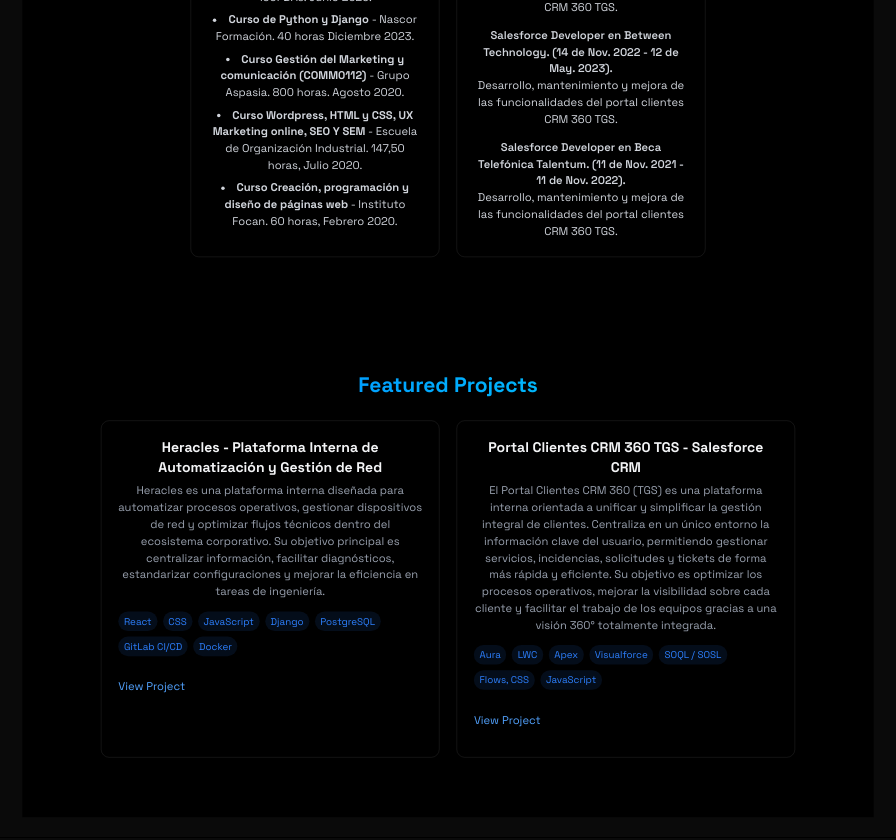
Repository: Bea0224/beatriz-portfolio
Page: /
An editor plug-in stored every save of this project. The page is shown before and after a run of saves, followed by the edit.
The browser window is 1280 px wide. The pictures show the part of the page from y = 1708 to 3628 px (the page is 2908 px tall before and 3628 px after), at 70% of full size.
The project was rebuilt for these pictures with package versions that can differ from the ones it lists, and the page was loaded fresh each time. Also part of the build but not shown: vite.config.js.

Above is the page before, as saved 2025-12-08 19:13:31.

### index.html
<!doctype html>
<html lang="en">
  <head>
    <meta charset="UTF-8" />
    <link rel="icon" type="image/svg+xml" href="/vite.svg" />
    <link rel="preconnect" href="https://fonts.googleapis.com">
    <link rel="preconnect" href="https://fonts.gstatic.com" crossorigin>
    <link
      href="https://fonts.googleapis.com/css2?family=Space+Grotesk:wght@300..700&display=swap"
      rel="stylesheet"
    />
    <meta name="viewport" content="width=device-width, initial-scale=1.0" />
    <title>Vite + React</title>
  </head>
  <body>
    <div id="root"></div>
    <script type="module" src="/src/main.jsx"></script>
  </body>
</html>

### src/index.css
@import "tailwindcss";

html,
body {
  margin: 0;
  padding: 0;
  font-family: "Space Grotesk", sans-serif;
  background: #0a0a0a;
  color: #f3f4f6;
}

@layer utilities {
  @keyframes blink {
    0%,
    100% {
      opacity: 1;
    }
    50% {
      opacity: 0;
    }
  }

  .animate-blink {
    animation: blink 0.8s step-end infinite;
  }

  @keyframes loading {
    0% {
      transform: translateX(-100%);
    }
    100% {
      transform: translateX(250%);
    }
  }

  .animate-loading-bar {
    animation: loading 0.8s ease infinite;
  }
}

.reveal {
  opacity: 0;
  transform: translateY(20px);
  transition: opacity 0.7s ease, transform 0.7s ease;
}

.reveal.visible {
  opacity: 1;
  transform: translateY(0);
}

### src/App.jsx
import { useState } from 'react';
import './App.css'
import {LoadingScreen} from "./components/LoadingScreem";
import { Navbar } from './components/Navbar';
import { MobileMenu } from './components/MobileMenu';
import { Home } from './components/sections/Home';
import { About } from './components/sections/About';
import { Projects } from './components/sections/Projects';
// import { Contact } from './components/sections/Contact';

import "./index.css"

function App() {
  const [isLoaded, setIsLoaded] = useState(false)
  const [menuOpen, setMenuOpen] = useState(false)

  return (
    <>
      {!isLoaded && <LoadingScreen onComplete={()=>setIsLoaded(true)} />}{" "}
        <div className={`min-h-screen transition-opacity duration-700 ${
          isLoaded ? "opacity-100" : "opacity-0"
        } bg-black text-gray-100`}
        >
          <Navbar menuOpen={menuOpen} setMenuOpen={setMenuOpen} />
          <MobileMenu menuOpen={menuOpen} setMenuOpen={setMenuOpen} />
          <Home />
          <About />
          <Projects />
          {/*
          <Contact /> */}
        </div>
    </>
  )
}

export default App

### src/components/LoadingScreem.jsx
import { useEffect, useState } from "react";

export const LoadingScreen = ({ onComplete }) => {
  const [text, setText] = useState("");
  const fullText = "<Hello Wolrd! />";

  useEffect(() => {
    let index = 0;
    const interval = setInterval(() => {
      setText(fullText.substring(0, index));
      index++;

      if (index > fullText.length) {
        clearInterval(interval);

        setTimeout(() => {
          onComplete();
        }, 1000);
      }
    }, 100);

    return () => clearInterval(interval);
  }, [onComplete]);

  return (
    <div className="fixed inset-0 z-50 bg-black text-gray-100 flex flex-col items-center justify-center">
      <div className="mb-4 text-4xl font-mono font-bold">
        {text} <span className="animate-blink ml-1"> | </span>
      </div>

      <div className="w-[200px] h-[2px] bg-gray-800 rounded relative overflow-hidden">
        <div className="w-[40%] h-full bg-blue-500 shadow-[0_0_15px_#3b82f6] animate-loading-bar"></div>
      </div>
    </div>
  );
};

### src/components/Navbar.jsx
import { useEffect } from "react"

export const Navbar = ({menuOpen, setMenuOpen}) => {

    useEffect(() => {
        document.body.style.overflow = menuOpen ? "hidden" : "";
    }, [menuOpen])

    return (
    <nav className="fixed top-0 w-full z-40 bg-[rgba(10, 10, 10, 0.8)] backdrop-blur-lg border-b border-white/10 shadow-lg">
        <div className="max-w-5xl mx-auto px-4">
            <div className="flex justify-between items-center h-16">
                <a href="#home" className="font-mono text-xl font-bold text-white">
                    {" "}
                    Beatriz<span className="text-blue-500">.Mujica</span>{" "}
                </a>
                <div className="w-7 h-5 relative cursor-pointer z-40 md:hidden" onClick={()=> setMenuOpen((prev => !prev))}>
                    &#9776;
                </div>
                <div className="hidden md:flex items-center space-x-8">
                    <a
                        href="#home"
                        className="text-gray-300 hove:text-white transition-colors"
                    >
                        {" "}
                        Home{" "}
                    </a>
                    <a
                        href="#about"
                        className="text-gray-300 hove:text-white transition-colors"
                    >
                        {" "}
                        About{" "}
                    </a>
                    <a
                        href="#projects"
                        className="text-gray-300 hove:text-white transition-colors"
                    >
                        {" "}
                        Projects{" "}
                    </a>
                    <a
                        href="contact"
                        className="text-gray-300 hove:text-white transition-colors"
                    >
                        {" "}
                        Contact{" "}
                    </a>
                </div>
            </div>
        </div>
    </nav>
    )
}

### src/components/MobileMenu.jsx
export const MobileMenu = ({menuOpen, setMenuOpen}) => {


    return (
        <div className={`fixed top-0 left-0 w-full bg-[rgba(10,10,10,0.8)] z-40 flex flex-col items-center justify-center
                         transition-all duration-300 ease-in-out
                         ${menuOpen
                            ? "h-screen opacity-100 pointer-events-auto"
                            : "h-0 opacity-0 pointer-events-none"
                         }
                        `}
        >
            <button
                onClick={() => setMenuOpen(false)}
                className="absolute top-6 right-6 text-white text-3xl focus:outline-none cursor-pointer"
                aria-label="Close Menu"
                >
                &times;
            </button>

            <a
                href="#home"
                onClick={() => setMenuOpen(false)}
                className={`text-2xl font-semibold text-white my-4 tranform transition-transform duration-300
                            ${
                                menuOpen
                                    ? "opacity-100 translate-y-0"
                                    : "opacity-0 translate-y-5"
                            }
                    `}
            >
                Home
            </a>
            <a
                href="#about"
                onClick={() => setMenuOpen(false)}
                className={`text-2xl font-semibold text-white my-4 tranform transition-transform duration-300
                            ${
                                menuOpen
                                    ? "opacity-100 translate-y-0"
                                    : "opacity-0 translate-y-5"
                            }
                    `}
            >
                About
            </a>
            <a
                href="#projects"
                onClick={() => setMenuOpen(false)}
                className={`text-2xl font-semibold text-white my-4 tranform transition-transform duration-300
                            ${
                                menuOpen
                                    ? "opacity-100 translate-y-0"
                                    : "opacity-0 translate-y-5"
                            }
                    `}
            >
                Projects
            </a>
            <a
                href="contact"
                onClick={() => setMenuOpen(false)}
                className={`text-2xl font-semibold text-white my-4 tranform transition-transform duration-300
                            ${
                                menuOpen
                                    ? "opacity-100 translate-y-0"
                                    : "opacity-0 translate-y-5"
                            }
                    `}
            >
                Contact
            </a>
        </div>
    );
}

### src/components/sections/Home.jsx
import { RevealOnScroll } from "./RevealOnScroll"

export const Home = () => {
    return (
        <section
            id="home"
            className="min-h-screen flex items-center justify-center relative">
                <RevealOnScroll>
                    <div className="text-center z-10 px-4">
                        <h1 className="text-5xl md:text-7xl font-bold mb-6 bg-gradient-to-r from-blue-500 to-cyan-400 bg-clip-text text-transparent leading-right">
                            Hola, me llamo Beatriz
                        </h1>
                        <p className="text-gray-400 text-lg mb-8 w-3/4 mx-auto">
                            ¡Hola! Soy desarrolladora web Frontend, y me especializo en crear aplicaciones limpias y escalables con JavaScript, React, HTML y CSS. Mi pasión es que no solo rindan de maravilla, sino que también ofrezcan una experiencia de usuario (UX) realmente cautivadora.
                            Mi formación en Ingeniería de Diseño Industrial me aporta una visión muy particular: me encanta fusionar la estética y la funcionalidad en cada proyecto.
                            He tenido la oportunidad de trabajar en proyectos importantes para Telefónica (incluyendo desarrollos en la plataforma Salesforce), y además, cuento con buenos conocimientos en backend con Python (Django) y familiaridad con herramientas como Docker.
                        </p>
                        <div className="flex justify-center space-x-4">
                            <a href="#projects" className="bg-blue-500 text-white py-3 px-6 rounded font-medium transition relative overflow-hidden hover:-translate-y-0.5 hover:shadow-[0_0_15px_rgba(59, 130, 246, 0.4)]">
                                Ver proyectos
                            </a>
                            <a href="#contact" className="border border-blue-500/50 text-blue-500 py-3 px-6 rounded font-medium transition-all duration-200 hover:shadow-[0_0_15px_rgba(59, 130, 246, 0.2)] hover:bg-blue-500/10">
                                Contáctame
                            </a>
                        </div>
                    </div>
                </RevealOnScroll>
        </section>
    )
}

### src/components/sections/Projects.jsx
import { RevealOnScroll } from "./RevealOnScroll"

export const Projects = () => {
    return(
        <section
            id="projects"
            className="min-h-screen flex items-center justify-center py-20"
        >
            <RevealOnScroll>
                <div className="max-w-5xl mx-auto px-4">
                    <h2 className="text-3xl font-bold mb-8 bg-gradient-to-r from-blue-500 to-cyan-400 bg-clip-text text-transparent text-center">
                        {" "}
                        Featured Projects
                    </h2>
                    <div className="grid grid-cols-1 md:grid-cols-2 gap-6">
                        <div className="p-6 rounded-xl border border-white/10 hover:-translate-y-l hover:border-blue-500/30 hover:shadow-[0_2px_8px_rgba(59,130,246,0.1)] transition-all">
                            <h3 className="text-xl font-bold mb-2"> Heracles - Plataforma Interna de Automatización y Gestión de Red</h3>
                            <p className="text-gray-400 mb-4">
                                Heracles es una plataforma interna diseñada para automatizar procesos operativos,
                                gestionar dispositivos de red y optimizar flujos técnicos dentro del ecosistema corporativo.
                                Su objetivo principal es centralizar información, facilitar diagnósticos, estandarizar configuraciones y
                                mejorar la eficiencia en tareas de ingeniería.

                                {/* <ul className="list-disc list-inside text-gray-300 space-y-2">
                                    En este proyecto trabajé con un ecosistema técnico moderno:
                                    <li>
                                        <strong>Frontend:</strong> React, HTML, CSS, JavaScript
                                    </li>
                                    <li>
                                        <strong>Backend:</strong> Django (Python)
                                    </li>
                                    <li>
                                        <strong>Base de datos:</strong> PostgreSQL
                                    </li>
                                    <li>
                                        <strong>Integración y despliegue:</strong> GitLab CI/CD y Docker
                                    </li>
                                    <li>
                                        <strong>Otros elementos del entorno:</strong> Integraciones internas propias de la compañía y herramientas de automatización.
                                    </li>

                                </ul> */}
                            </p>
                            <div className="flex flex-wrap gap-2 mb-4">
                                {["React", "CSS", "JavaScript", "Django", "PostgreSQL", "GitLab CI/CD", "Docker"].map((tech, key)=>(
                                    <span
                                        key={key}
                                        className="bg-blue-500/10 text-blue-500 py-1 px-2 rounded-full text-sm hover:bg-blue-500/20
                                        hover:shadow-[0_2px_8px_rgba(59,130,2246,0.2)] transition">
                                        {tech}
                                    </span>
                                ))}
                            </div>
                            <div className="flex justify-between items-center">
                                <a href="#" className="text-blue-400 hover:text-blue-300 transition-colors my-4">
                                    View Project {" "}
                                </a>
                            </div>
                        </div>
                        <div className="p-6 rounded-xl border border-white/10 hover:-translate-y-l hover:border-blue-500/30 hover:shadow-[0_2px_8px_rgba(59,130,246,0.1)] transition-all">
                            <h3 className="text-xl font-bold mb-2"> Portal Clientes CRM 360 TGS - Salesforce CRM</h3>
                            <p className="text-gray-400 mb-4">
                                El Portal Clientes CRM 360 (TGS) es una plataforma interna orientada a unificar y simplificar la gestión integral de clientes.
                                Centraliza en un único entorno la información clave del usuario, permitiendo gestionar servicios, incidencias, solicitudes y tickets de forma más rápida y eficiente.
                                Su objetivo es optimizar los procesos operativos, mejorar la visibilidad sobre cada cliente y facilitar el trabajo de los equipos gracias a una visión 360° totalmente integrada.
                            </p>
                            <div className="flex flex-wrap gap-2 mb-4">
                                {["Aura", "LWC", "Apex", "Visualforce", "SOQL / SOSL", "Flows, CSS", "JavaScript"].map((tech, key)=>(
                                    <span
                                        key={key}
                                        className="bg-blue-500/10 text-blue-500 py-1 px-2 rounded-full text-sm hover:bg-blue-500/20
                                        hover:shadow-[0_2px_8px_rgba(59,130,2246,0.2)] transition">
                                        {tech}
                                    </span>
                                ))}
                            </div>
                            <div className="flex justify-between items-center">
                                <a href="#" className="text-blue-400 hover:text-blue-300 transition-colors my-4">
                                    View Project {" "}
                                </a>
                            </div>
                        </div>
                    </div>
                </div>
            </RevealOnScroll>
        </section>
    )
}

### src/components/sections/RevealOnScroll.jsx
import { useRef, useEffect} from "react";

export const RevealOnScroll = ({children}) => {

    const ref = useRef(null);

    useEffect(() => {
        const observer = new IntersectionObserver(
            ([entry]) => {
                if(entry.isIntersecting) {
                    ref.current.classList.add("visible");
                }
            },
            { threshold: 0.2, rootMargin: "0px 0px -50px 0px" }
        );

        if (ref.current) observer.observe(ref.current);

        return () => observer.disconnect();

    },[]);

    return(
        <div ref={ref} className="reveal">
            {children}
        </div>
    )

}

### src/components/sections/Contact.jsx
import RevealOnScroll from "./RevealOnScroll"

export const Contact = () => {
    return(
        <section
            id="contact"
            className="min-h-screen flex items-center justify-center py-20"
        >
            <RevealOnScroll>
                <div className="px-4 w-150">
                    <h2 className="text-3xl font-bold mb-8 bg-gradient-to-r from-blue-500 to-cyan-400 bg-clip-text text-transparent text-center">
                        {" "}
                        Get In Touch
                    </h2>
                    <form className="space-y-6">
                        <div className="relative">

                        </div>
                    </form>
                </div>
            </RevealOnScroll>
        </section>
    )
}

Loaded but not shown: src/main.jsx (common file); src/App.css (common file); src/components/sections/About.jsx (174 lines, source omitted)

After the next 4 saves:
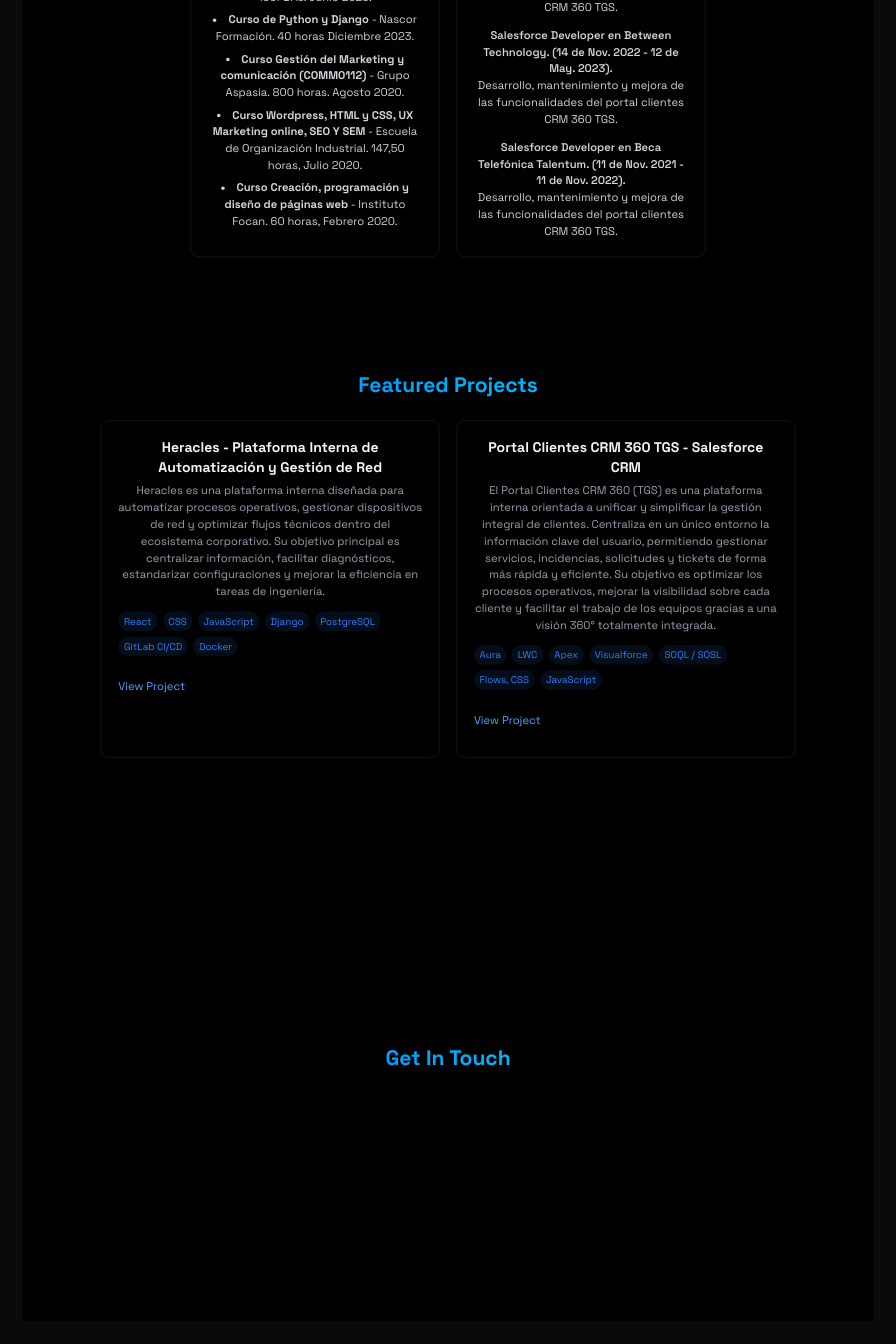
The 4 saves are shown as one change because 2 did not build or start and some came seconds apart.
The last was saved 2 min 36 s later.
--- a/src/App.jsx
+++ b/src/App.jsx
@@ -6,7 +6,7 @@
 import { Home } from './components/sections/Home';
 import { About } from './components/sections/About';
 import { Projects } from './components/sections/Projects';
-// import { Contact } from './components/sections/Contact';
+import { Contact } from './components/sections/Contact';
 
 import "./index.css"
 
@@ -26,8 +26,7 @@
           <Home />
           <About />
           <Projects />
-          {/*
-          <Contact /> */}
+          <Contact />
         </div>
     </>
   )
--- a/src/components/sections/Contact.jsx
+++ b/src/components/sections/Contact.jsx
@@ -1,4 +1,4 @@
-import RevealOnScroll from "./RevealOnScroll"
+import { RevealOnScroll } from "./RevealOnScroll"
 
 export const Contact = () => {
     return(
